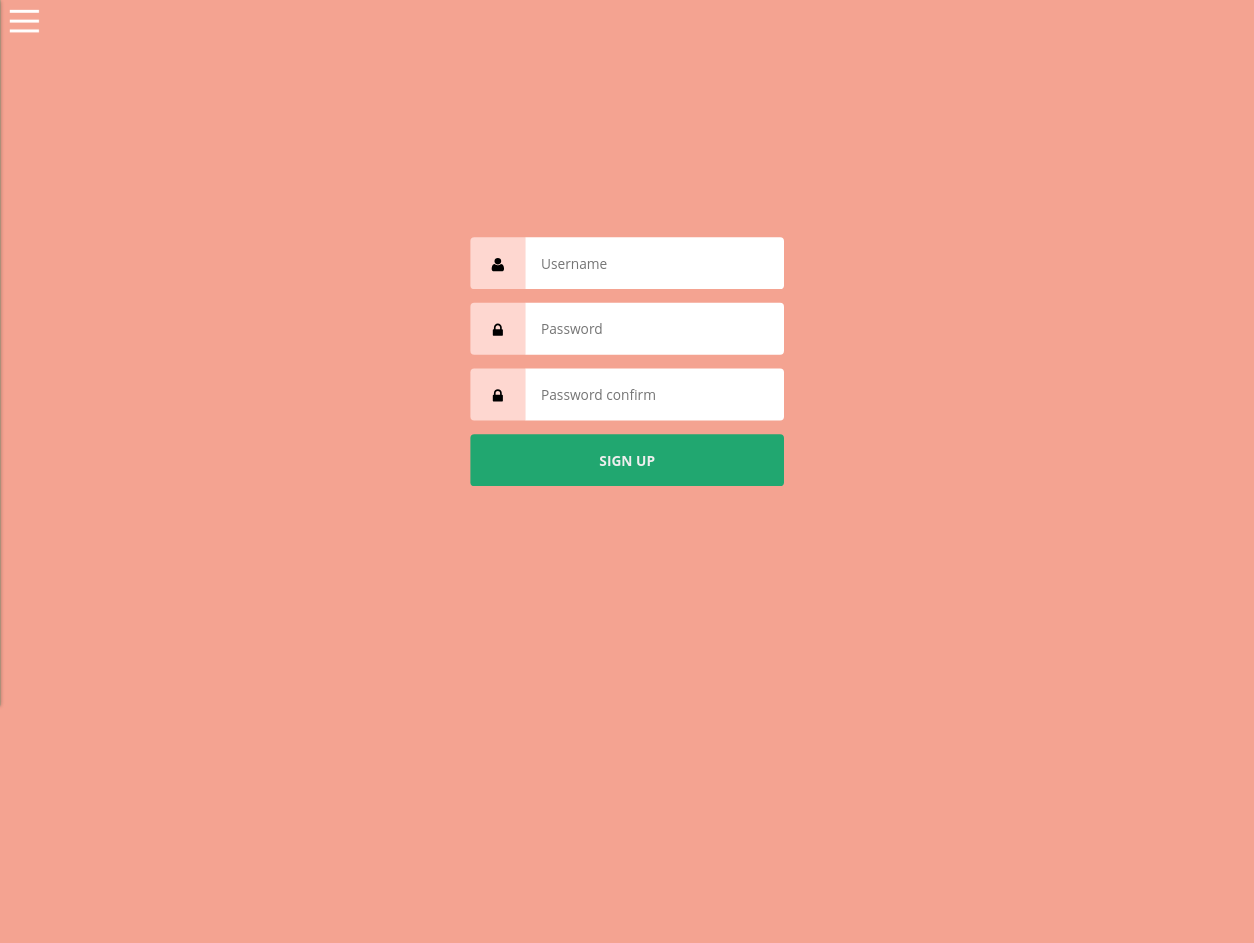
Repository: se-yoo/ChangeSeat
Page: http://localhost/ChangeSeat/signUp.jsp
The author's editor kept a copy of each file at every save. The page is drawn from the files as they stood at one save, then again after the next save.
The browser window is 1280 px wide. The pictures show the whole page, at 98% of full size.
Some web libraries are served in a nearby version. The page is served by Tomcat 9.

Above is the page before, as saved 2018-06-25 09:49:10.

After the next save:
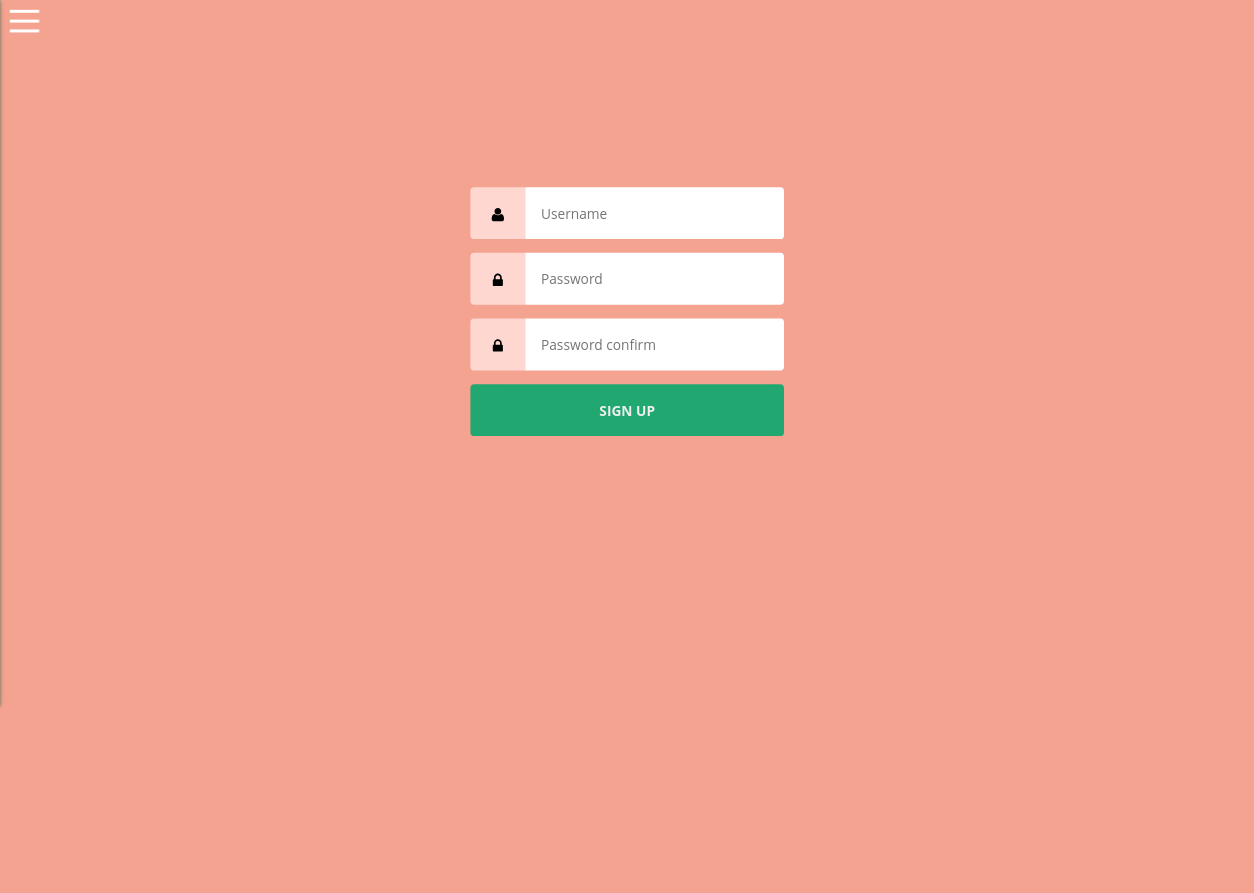
Saved 12 s later.
--- a/ChangeSeat/WebContent/signUpProc.jsp
+++ b/ChangeSeat/WebContent/signUpProc.jsp
@@ -5,7 +5,7 @@
 <head>
 <meta content="text/html; charset=UTF-8">
 <title></title>
- <link rel="stylesheet" href="loginStyle.css">
+ <link rel="stylesheet" href="signUpStyle.css">
 </head>
 <body>
 	<div class="grid">
